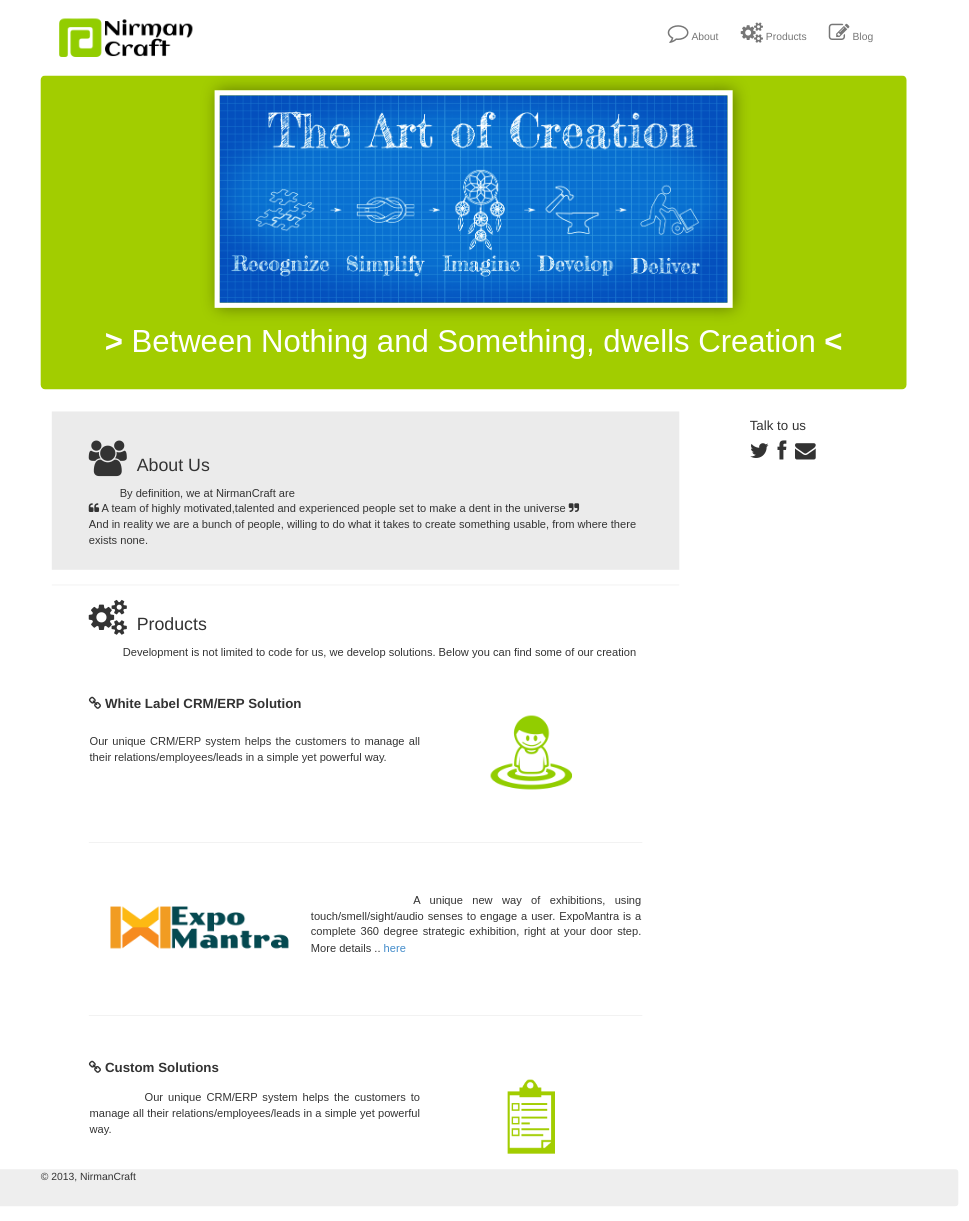
Repository: MeShreyas/NirmanCraftWebsite
Page: NirmanCraft/index.html
The author's editor kept a copy of each file at every save. The page is drawn from the files as they stood at one save, then again after the next save.
The browser window is 1280 px wide. The page is 1310 px wide, so the pictures cover 1310 px, including what lies to the right of the window. The pictures show the whole page, at 74% of full size.
Some web fonts or font styles are not loaded; a fallback is used.

Above is the page before, as saved 2013-10-08 14:46:45.
Console error: ReferenceError: jQuery is not defined

### NirmanCraft/index.html
<!DOCTYPE html>
<html lang="en">
	<head>
		<meta charset="utf-8">

		<!-- Always force latest IE rendering engine (even in intranet) & Chrome Frame
		Remove this if you use the .htaccess -->
		<meta http-equiv="X-UA-Compatible" content="IE=edge,chrome=1">

		<title>Nirman Craft</title>
		<meta name="description" content="">
		<meta name="author" content="Shreyas">

		<meta name="viewport" content="width=device-width; initial-scale=1.0">

		<!-- Replace favicon.ico & apple-touch-icon.png in the root of your domain and delete these references -->
		<link rel="shortcut icon" href="/favicon.ico">
		<link rel="stylesheet" href="css/bootstrap.min.css">
		<link rel="apple-touch-icon" href="/apple-touch-icon.png">
		<link rel="stylesheet" href="font-awesome/css/font-awesome.min.css"/>
		<style type="text/css">
			.title-text {
				font-family: 'Strait', sans-serif;
				font-size: 2em;
				color: #FFFFFF;
			}

			.header-text {
				font-family: 'Strait', sans-serif;
				font-size: 1.5em;
				color: #333333;
			}

			.body-text {
				font-size:15px;
				font-family: 'Raleway', sans-serif;
			}
			.spacer {
				padding-top:20px;
				padding-bottom:20px;
			}
		</style>
	</head>

	<body>
		<div class="row">
			<header class="container navbar" style="background-color: #FFFFFF;margin-bottom:0px">
				<div class="container">
					<div class="navbar-header">
						<a class="navbar-brand" href="../"><img src="images/nclogo.png" width="200px" style="padding:10px"/></a>
					</div>
					<div class="navbar-text pull-right">
						<ul class="nav navbar-nav container" >
							<li>
								<!--<a href="#"><i class="icon-home icon-2x"></i>&nbsp;Home</a>-->
							</li>
							<li>
								<a href="#about"><i class="icon-comment-alt icon-2x"></i>&nbsp;About</a>
							</li>
							<li>
								<a href="#products"><i class="icon-cogs icon-2x"></i>&nbsp;Products</a>
							</li>
							<li>
								<a href="../javascript"><i class="icon-edit icon-2x"></i>&nbsp;Blog</a>
							</li>

						</ul>
					</div>
				</div>
			</header>

			<div class="container jumbotron" style="padding:20px 0px;margin-top:0px;background-color: #A2CD00">
				<div class="container title-text">
					<center>
						<img src="images/finalbanner.png" width="700px" style="border:7px solid #FFFFFF;box-shadow: 3px 0px 20px rgba(0,0,0,0.4)"/>
						<br/>
						<strong>>&nbsp;</strong>Between Nothing and Something, dwells Creation<strong>&nbsp;<</strong>
					</center>
				</div>
			</div>
			<div class="row">
				<div class="container">
					<div class="content col-lg-9" id="about">
						<div class="header-text" style="padding:20px 50px;background-color: #ebebeb;">
							<h3><i class="icon-group icon-2x"></i>&nbsp;&nbsp;About Us</h3>
							<div>

								<p class="body-text">
									&nbsp;&nbsp;&nbsp;&nbsp;&nbsp;&nbsp;&nbsp;&nbsp;&nbsp;&nbsp;By definition,
									we at NirmanCraft are
									 <br/><i class="icon-quote-left"></i>
									A team of highly motivated,talented and experienced people set to make a dent in the universe
									<i class="icon-quote-right"></i><br/>And in reality we are a bunch
									of people, willing to do what it takes to create something usable, from where there exists none.

								</p>
							</div>
						</div>
						<hr>
						<div class="header-text" style="padding:0 50px" id="products">
							<h3><i class="icon-cogs icon-2x"></i>&nbsp;&nbsp;Products</h3>
							<div>
								<p class="body-text">
									&nbsp;&nbsp;&nbsp;&nbsp;&nbsp;&nbsp;&nbsp;&nbsp;&nbsp;&nbsp;
									Development is not limited to code for us, we develop solutions.
									Below you can find some of our creation
								</p>
								<div>
									<div class="list-group">
											<div class="spacer"></div>
											<div>
												<h4 class="list-group-item-heading">
													<i class="icon-link"></i>&nbsp;<strong>White Label CRM/ERP Solution</strong>
												</h4>
												<p class="list-group-item-text body-text">
													<table width="100%">
														<tr>
															<td>
																<p class="body-text" align="justify">Our unique CRM/ERP system helps the customers to manage all their
																relations/employees/leads in a simple yet powerful way.
																</p></td>

															<td width="40%" align="center">
																<img src="images/customer.png" height="100px" ></td>
														</tr>
													</table>
												</p>
											</div>
											<div class="spacer"></div>
											<hr/>
											<div class="spacer"></div>
											<div>
												<h4 class="list-group-item-heading">
													<strong></strong>
												</h4>
												<p class="list-group-item-text">
													<table width="100%">
														<tr>
															<td width="40%" align="center">
																<img src="images/expomantra.png" width="250px" ></td>
															<td>
																<p class="body-text" align="justify">
																	&nbsp;&nbsp;&nbsp;&nbsp;&nbsp;&nbsp;&nbsp;&nbsp;&nbsp;&nbsp;
																	A unique new way of exhibitions, using touch/smell/sight/audio senses
																	to engage a user. ExpoMantra is a complete 360 degree strategic
																	exhibition, right at your door step. More details ..
																	<a href="http://expomantra.com" target="_blank">here</a>
																</p></td>


														</tr>
													</table>
												</p>
											</div>
											<div class="spacer"></div>
											<hr/>
											<div class="spacer"></div>
											<div>
												<h4 class="list-group-item-heading">
													<i class="icon-link"></i>&nbsp;<strong>Custom Solutions</strong>
												</h4>
												<p class="list-group-item-text">
													<table width="100%">
														<tr>
															<td>
																<p class="body-text" align="justify">
																	&nbsp;&nbsp;&nbsp;&nbsp;&nbsp;&nbsp;&nbsp;&nbsp;&nbsp;&nbsp;
																Our unique CRM/ERP system helps the customers to manage all their
																relations/employees/leads in a simple yet powerful way.
																</p></td>

															<td width="40%" align="center"><img src="images/custom.png" height="100px"></td>
														</tr>
													</table>
												</p>
											</div>
										</div>
									</div>

							</div>
						</div>

					</div>
					<div class="sidebar col-lg-3">
							<div>

								<div style="width:50%;margin:0 auto;">
									<h4 class="list-group-item-header">
										Talk to us
									</h4>
									<p class="list-group-item-text">
										<i class="icon-2x icon-twitter"></i> &nbsp;
										<i class="icon-2x icon-facebook"></i> &nbsp;
										<i class="icon-2x icon-envelope"></i>
									</p>
								</div>
							</div>
					</div>
				</div>
			</div>

		</div>
		<div class="row">
			<div class="navbar ">
				<div class="container">
					<p>
						&copy; 2013, NirmanCraft
					</p>
				</div>
			</div>
		</div>
		<script src="js/bootstrap.min.js" type="text/javascript" charset="utf-8"></script>
		<link href='http://fonts.googleapis.com/css?family=Strait' rel='stylesheet' type='text/css'>
		<link href='http://fonts.googleapis.com/css?family=Raleway:400,700' rel='stylesheet' type='text/css'>
	</body>
</html>

Loaded but not shown: NirmanCraft/css/bootstrap.min.css (library); NirmanCraft/font-awesome/css/font-awesome.min.css (library); NirmanCraft/js/bootstrap.min.js (library)

After the next save:
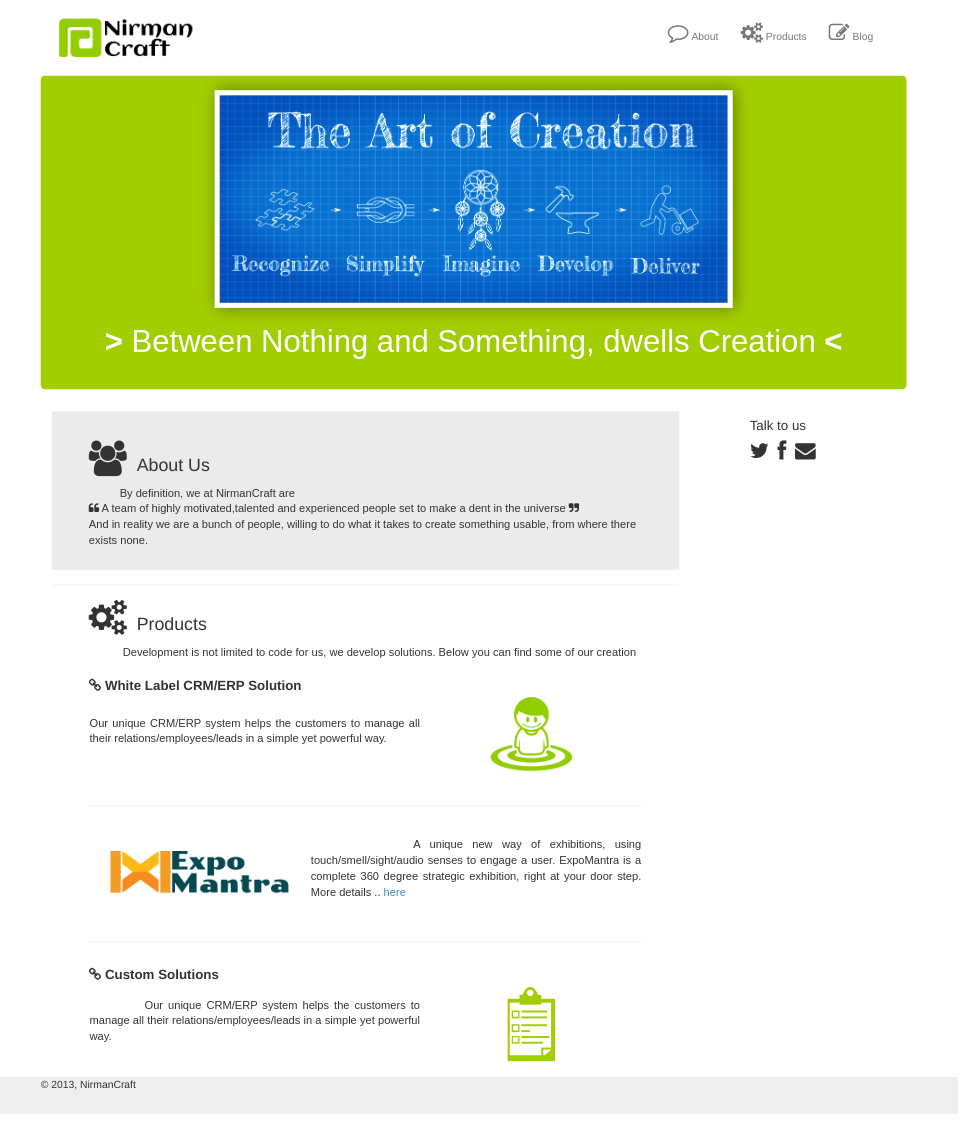
Saved 10 s later.
--- a/NirmanCraft/index.html
+++ b/NirmanCraft/index.html
@@ -36,8 +36,8 @@
 				font-family: 'Raleway', sans-serif;
 			}
 			.spacer {
-				padding-top:20px;
-				padding-bottom:20px;
+				padding-top:10px;
+				padding-bottom:5px;
 			}
 		</style>
 	</head>
